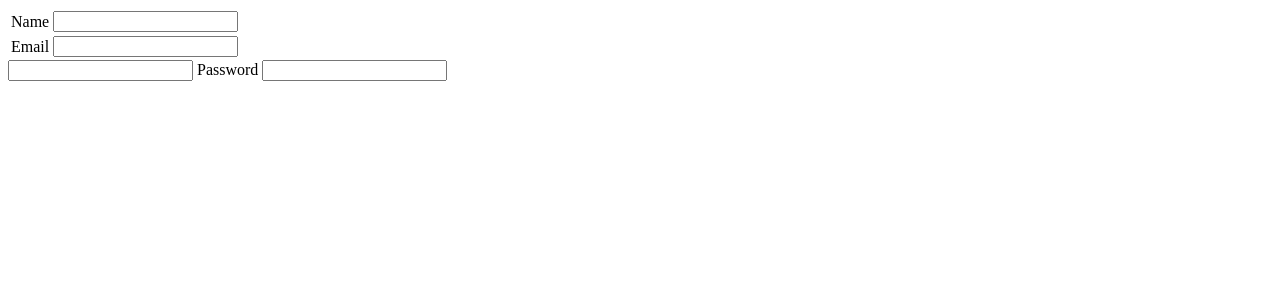
Repository: obusakthi539/Loginform
Page: Login.html
These files come from the project's save history. The page is drawn as it stood at one moment and after the next save; the edit follows.
The browser window is 1280 px wide. The pictures show the whole page.

Above is the page before, as saved 2025-01-10 17:30:04.

After the next save:
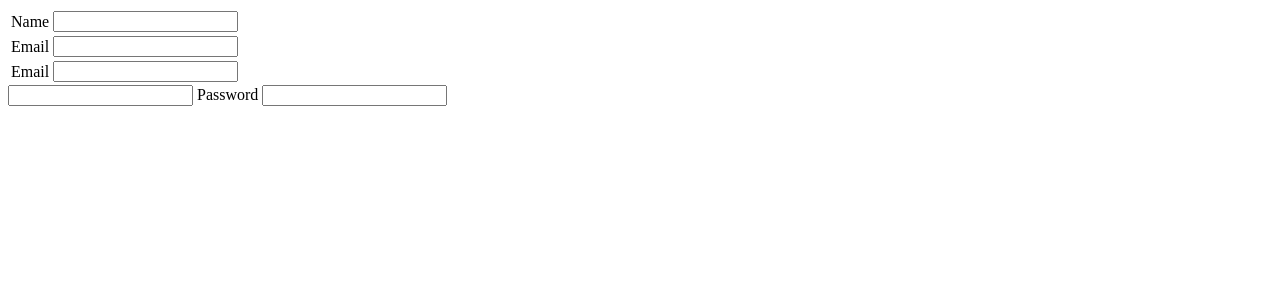
Saved 16 s later.
--- a/Login.html
+++ b/Login.html
@@ -17,6 +17,10 @@
                 <td><label for="">Email</label></td>
                 <td><input type="text"></td>
             </tr>
+            <tr>
+                <td><label for="">Email</label></td>
+                <td><input type="text"></td>
+            </tr>
         </table>
 
 
